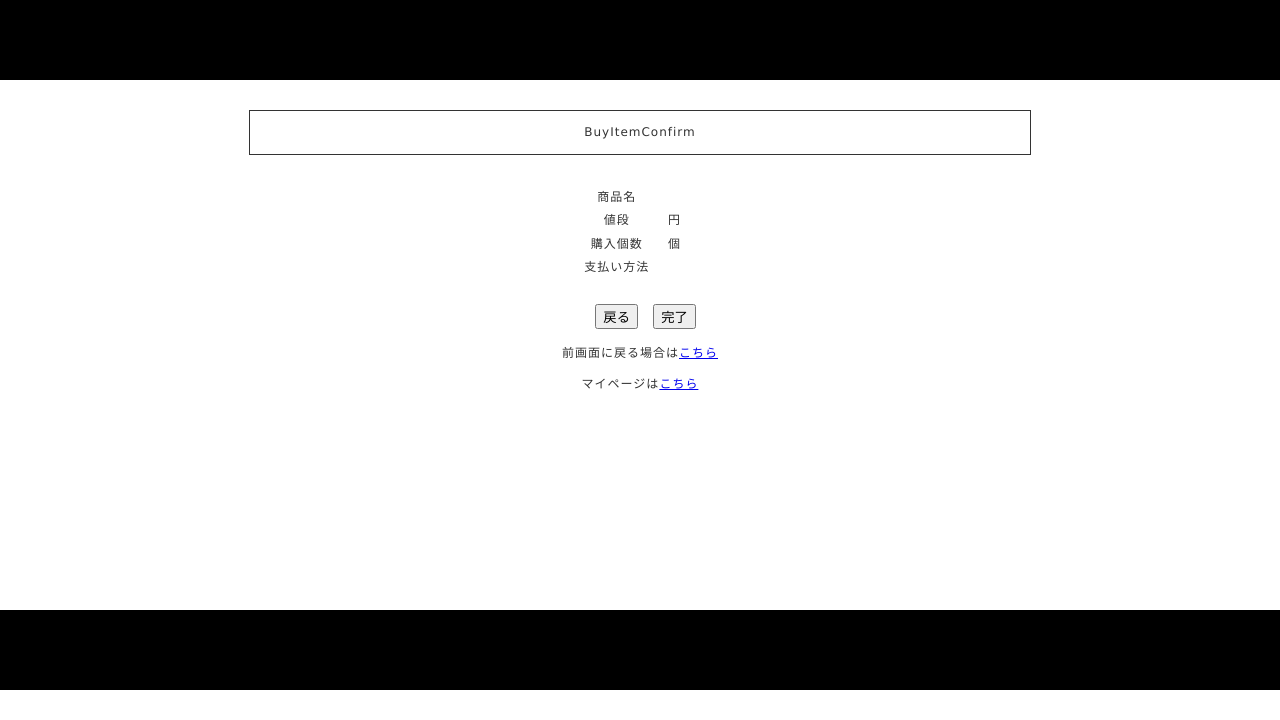
Repository: omochi2213/test
Page: http://localhost/ecsite/buyItemConfirm.jsp
These files come from the project's save history. The page is drawn as it stood at one moment and after the next save; the edit follows.
The browser window is 1280 px wide. The pictures show the whole page.
Some web libraries are served in a nearby version. The page is served by Tomcat 9. Other server files are loaded and not shown.

Above is the page before, as saved 2018-09-25 04:20:55.

### ecsite/WebContent/buyItemConfirm.jsp
<%@ page language="java" contentType="text/html; charset=UTF-8"
    pageEncoding="UTF-8" %>
<%@ taglib prefix="s" uri="/struts-tags" %>
<!DOCTYPE html>
<html>
<head>
<meta http-equiv="Content-Type" content="text/html; charset=UTF-8"/>
<meta http-equiv="Content-Style-Type" content="text/css"/>
<meta http-equiv="Content-Script-Type" content="text/javascript"/>
<meta http-equiv="imagetoolbar" content="no"/>
<meta name="description" content=""/>
<meta name="keywords" content=""/>
<script src="http://ajax.googleapis.com/ajax/libs/jquery/1.9.1/jquery.min.js"></script>
<title>BuyItemConfirm画面</title>
<style type="text/css">
	body{
	margin:0;
	padding:0;
	line-height:1.6;
	letter-spacing:1px;
	font-family:Verdana,Helvetica,sans-serif;
	font-size:12px;
	color:#333;
	background:#fff;
	}
	table{
	text-align:center;
	margin:0 auto;
	}
	#top{
	width:780px;
	margin:30px auto;
	border:1px solid #333;
	}
	#header{
	width:100%;
	height:80px;
	background-color:black;
	}
	#main{
	width:100%;
	height:500px;
	text-align:center;
	}
	#footer{
	width:100%;
	height:80px;
	background-color:black;
	clear:both;
	}
</style>
<script type="text/javascript">
function submitAction(url){
	$('form').attr('action',url);
	$('form').submit();
}
</script>
</head>
<body>
	<div id="header">
		<div id="pr"></div>
	</div>
	<div id="main">
		<div id="top">
			<p>BuyItemConfirm</p>
		</div>
		<div>
			<s:form>
				<tr>
					<td>商品名</td>
					<td><s:property value="session.buyItem_name"/></td>
				</tr>
				<tr>
					<td>値段</td>
					<td><s:property value="session.total_price"/><span>円</span></td>
				</tr>
				<tr>
					<td>購入個数</td>
					<td><s:property value="session.count"/><span>個</span></td>
				</tr>
				<tr>
					<td>支払い方法</td>
					<td><s:property value="session.pay"/></td>
				</tr>
				<tr>
					<td><br></td>
				</tr>
				<tr>
					<td><input type="button" value="戻る"
					onclick="submitAction('HomeAction')"/></td>
					<td><input type="button" value="完了"
					onclick="submitAction('BuyItemConfirmAction')"/></td>
				</tr>
			</s:form>
			<div>
				<p>前画面に戻る場合は<a href='<s:url action="HomeAction"/>'>こちら</a></p>
				<p>マイページは<a href='<s:url action="MyPageAction"/>'>こちら</a></p>
			</div>
		</div>
	</div>
	<div id="footer">
	<div id="pr"></div>
	</div>

</body>
</html>

After the next save:
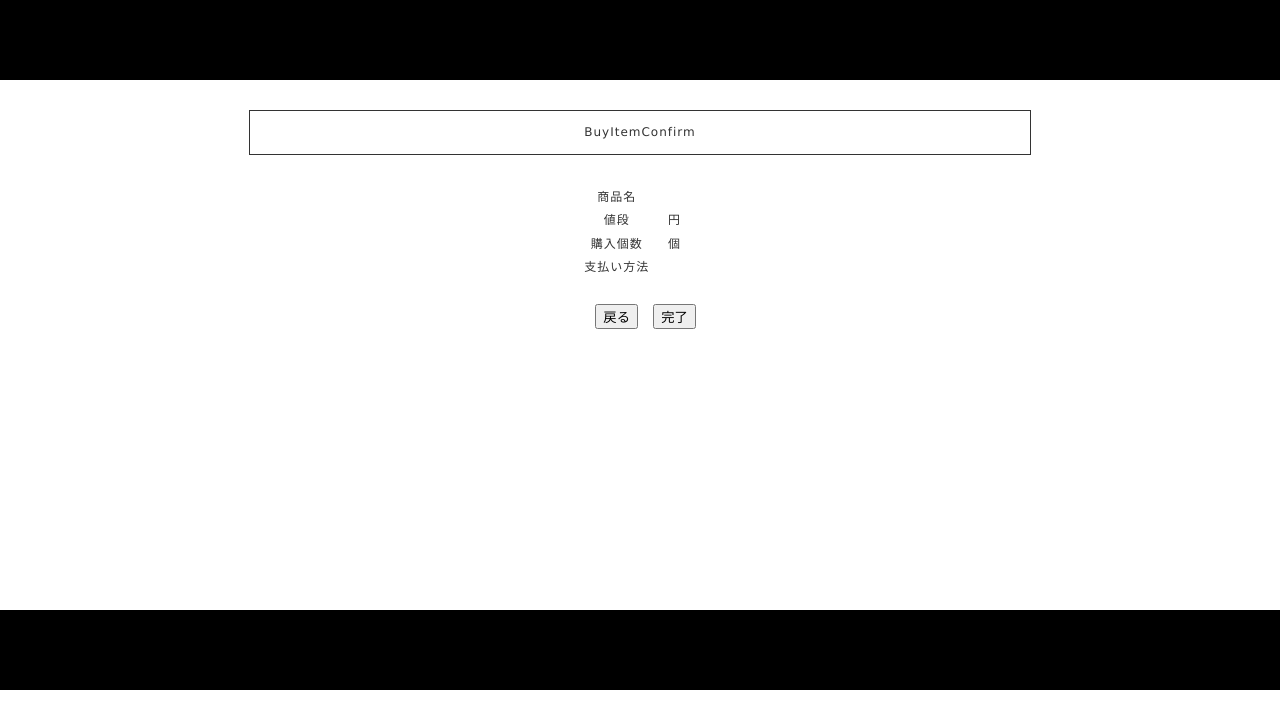
Saved 86 s later.
--- a/ecsite/WebContent/buyItemConfirm.jsp
+++ b/ecsite/WebContent/buyItemConfirm.jsp
@@ -92,10 +92,6 @@ function submitAction(url){
 					onclick="submitAction('BuyItemConfirmAction')"/></td>
 				</tr>
 			</s:form>
-			<div>
-				<p>前画面に戻る場合は<a href='<s:url action="HomeAction"/>'>こちら</a></p>
-				<p>マイページは<a href='<s:url action="MyPageAction"/>'>こちら</a></p>
-			</div>
 		</div>
 	</div>
 	<div id="footer">
